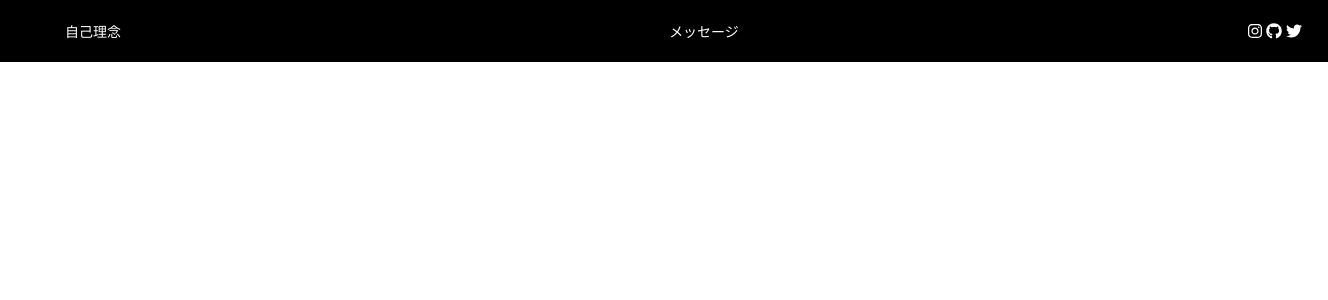
Repository: Rujuu-prog/react-mysite
Page: /
The author's editor kept a copy of each file at every save. The page is drawn from the files as they stood at one save, then again after the next save.
The browser window is 1280 px wide. The page is 1328 px wide, so the pictures cover 1328 px, including what lies to the right of the window. The pictures show the whole page.
The project was rebuilt for these pictures with package versions that can differ from the ones it lists, and the page was loaded fresh each time. A package was used in the major version that the imports need, not the one package.json lists.

Above is the page before, as saved 2021-05-12 16:16:58.

After the next save:
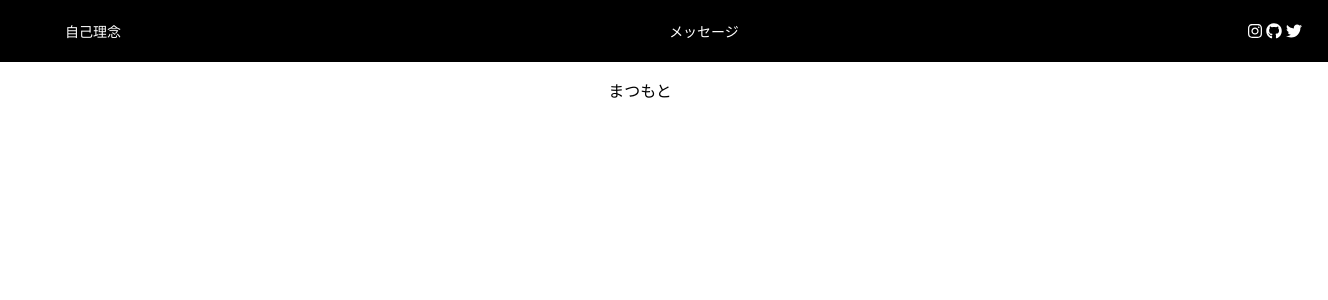
Saved 62 s later.
--- a/src/App.tsx
+++ b/src/App.tsx
@@ -3,6 +3,7 @@ import { BrowserRouter, Link, Switch, Route } from "react-router-dom";
 // import { Router } from "./router/Router";
 import './App.css';
 import { PrimaryButton } from './components/atoms/button/PrimaryButton';
+import { TestButton } from './components/atoms/button/TestButton';
 import { Github } from './components/atoms/icon/Github';
 import { Instagram } from './components/atoms/icon/Instagram';
 import { Twitter } from './components/atoms/icon/Twitter';
@@ -16,7 +17,7 @@ export default function App() {
     // <BrowserRouter>
       <div className="App" >
         <HeaderOnly/>
-
+        <TestButton />
       </div>
     // </BrowserRouter>
   );

After the save that followed:
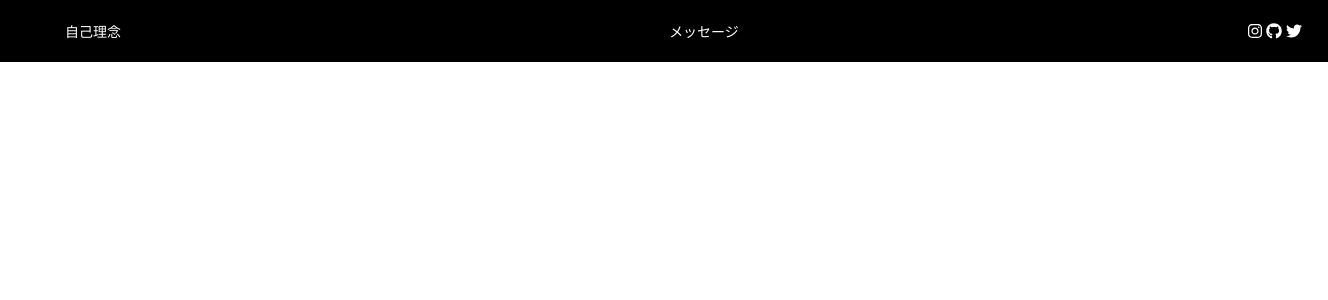
Saved 30 s later.
--- a/src/components/atoms/button/TestButton.tsx
+++ b/src/components/atoms/button/TestButton.tsx
@@ -1,9 +1,10 @@
 
 
-export const TestButton = () => {
+export const TestButton = (props) => {
+    const {name} = props;
     return(
         <div>
-            <p>まつもと</p>
+            <p>{name}</p>
         </div>
     );
 }
